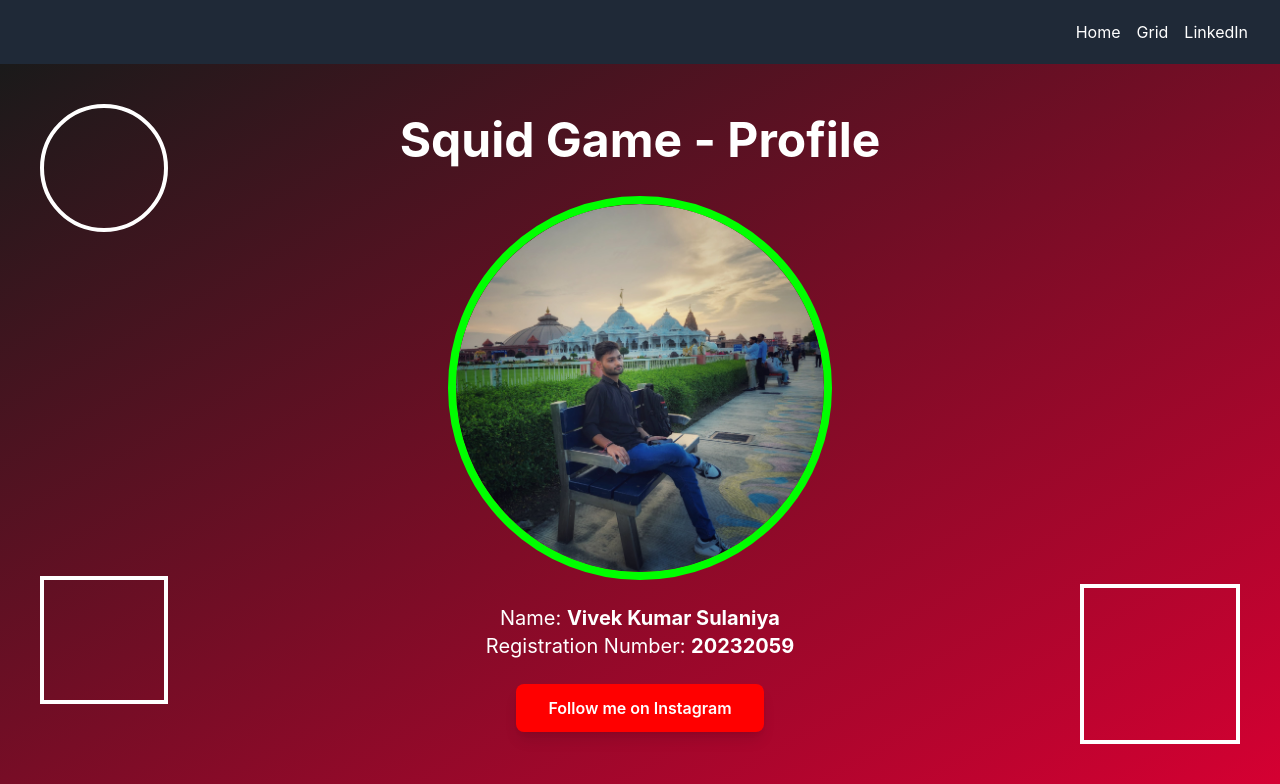
Repository: Vivek300705/Dashboard
Page: /second-page
The author's editor kept a copy of each file at every save. The page is drawn from the files as they stood at one save, then again after the next save.
The browser window is 1280 px wide. The pictures show the whole page.
The project was rebuilt for these pictures with package versions that can differ from the ones it lists, and the page was loaded fresh each time. Also part of the build but not shown: src/components/Home.js.

Above is the page before, as saved 2025-01-22 23:27:11.

After the next save:
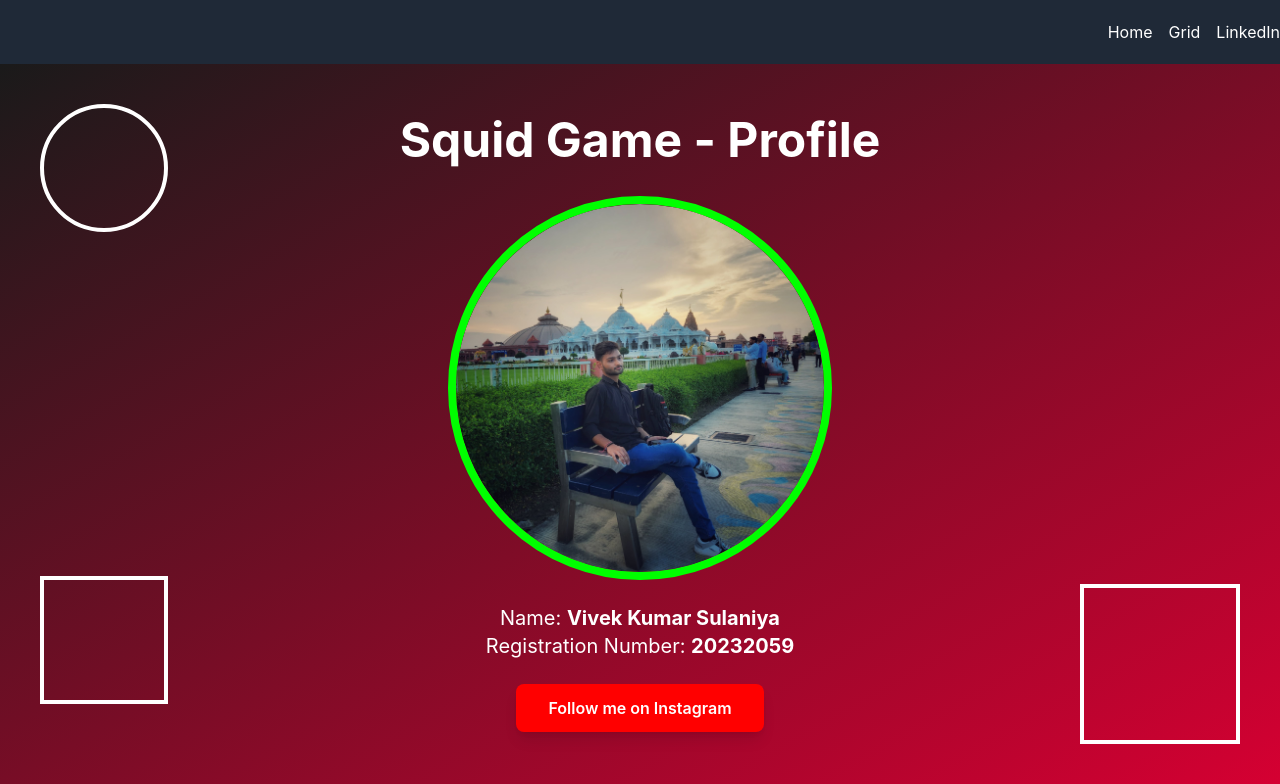
Saved 93 s later.
--- a/src/components/Navbar.js
+++ b/src/components/Navbar.js
@@ -5,11 +5,11 @@
   const [isMenuOpen, setIsMenuOpen] = useState(false);
 
   return (
-    <nav className="bg-gray-800 text-white shadow-lg">
-      <div className="max-w-7xl mx-auto px-4 sm:px-6 lg:px-8">
-        <div className="flex justify-between items-center h-16">
-          {/* Removed "E-Cell" */}
-          <div className="ml-auto flex items-center space-x-4">
+    <nav className="bg-gray-800 text-white m-0 p-0 shadow-lg">
+      <div className="max-w-7xl mx-auto px-0 sm:px-0 lg:px-0">
+        <div className="flex justify-end items-center h-16 m-0 p-0">
+          {/* Align items to the right */}
+          <div className="flex items-center space-x-4 m-0 p-0">
             <Link className="hover:underline hover:text-gray-300" to="/second-page">
               Home
             </Link>
@@ -59,8 +59,8 @@
       </div>
       {/* Mobile Menu */}
       {isMenuOpen && (
-        <div className="md:hidden bg-gray-800 shadow-lg">
-          <div className="px-2 pt-2 pb-3 space-y-1 sm:px-3 flex flex-col items-center">
+        <div className="md:hidden bg-gray-800 shadow-lg m-0 p-0">
+          <div className="px-0 pt-0 pb-0 space-y-1 sm:px-0 flex flex-col items-center">
             <Link
               className="block text-white hover:underline hover:text-gray-300"
               to="/"
